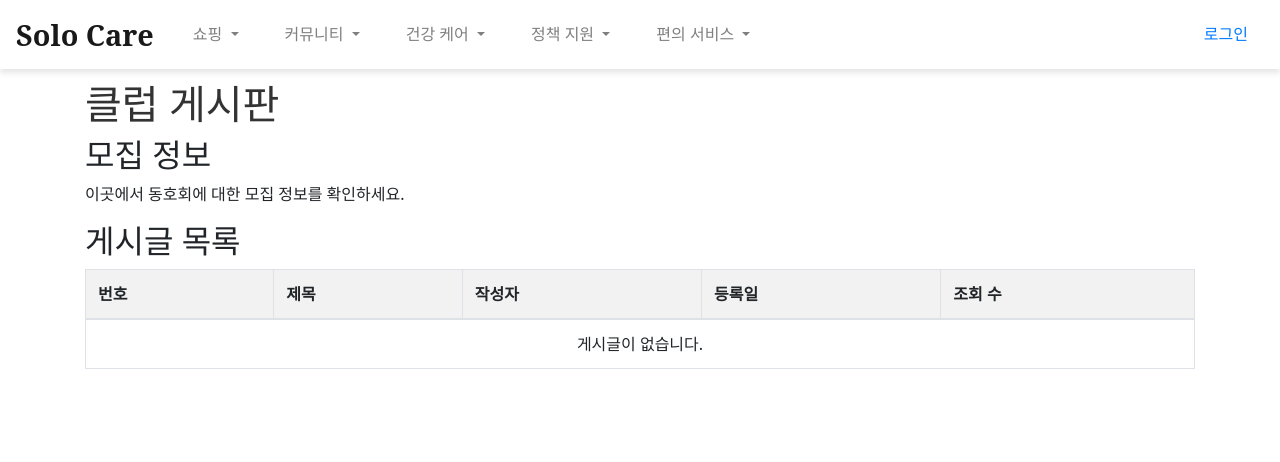
Repository: HB1112/cloud
Page: http://localhost/Solocare/WEB-INF/views/club/clubcommunity.jsp
An editor plug-in stored every save of this project. The page is shown before and after the next save, followed by the edit.
The browser window is 1280 px wide. The pictures show the whole page.
The page is served by Tomcat 9. Nobody is signed in. Other server files are loaded and not shown. The template is opened directly, without the code that normally fills it, so the values that code supplies are empty.

Above is the page before, as saved 2024-12-18 07:43:04.

### Solocare/src/main/webapp/WEB-INF/views/club/clubcommunity.jsp
<%@ page language="java" contentType="text/html; charset=UTF-8"
    pageEncoding="UTF-8"%>
<%@ taglib uri="http://java.sun.com/jsp/jstl/core" prefix="c" %>
<!DOCTYPE html>
<html>
<head>
    <meta charset="UTF-8">
    <title>클럽 게시판</title>
    <link rel="stylesheet" href="https://maxcdn.bootstrapcdn.com/bootstrap/4.5.2/css/bootstrap.min.css">
    <link href="https://fonts.googleapis.com/css2?family=Noto+Sans:wght@400;500;700&family=Noto+Serif:wght@400;700&display=swap" rel="stylesheet">
    <link href="https://cdnjs.cloudflare.com/ajax/libs/font-awesome/5.15.4/css/all.min.css" rel="stylesheet">
    <script src="https://code.jquery.com/jquery-3.5.1.slim.min.js"></script>
    <script src="https://cdn.jsdelivr.net/npm/@popperjs/core@2.9.2/dist/umd/popper.min.js"></script>
    <script src="https://maxcdn.bootstrapcdn.com/bootstrap/4.5.2/js/bootstrap.min.js"></script>
    <style>
        body {
            font-family: 'Noto Sans', sans-serif;
            margin-top: 80px;
        }
        h1 {
            color: #333;
        }
        table {
            width: 100%;
            border-collapse: collapse;
        }
        th, td {
            border: 1px solid #ddd;
            padding: 8px;
            text-align: left;
        }
        th {
            background-color: #f2f2f2;
        }
    </style>
</head>
<body>
    <%@ include file="../menu.jsp"%>
    <div class="container">
        <h1 class="mt-4">클럽 게시판</h1>
        <h2>모집 정보</h2>
        <p>이곳에서 동호회에 대한 모집 정보를 확인하세요.</p>

        <h2>게시글 목록</h2>
        <table class="table table-bordered">
            <thead>
                <tr>
                    <th>번호</th>
                    <th>제목</th>
                    <th>작성자</th>
                    <th>등록일</th>
                    <th>조회 수</th>
                </tr>
            </thead>
            <tbody>
                <!-- 게시글 리스트를 출력 -->
                <c:forEach var="board" items="${clubboards}">
                    <tr>
                        <td>${board.boardnum}</td>
                        <td><a href="detail/${board.boardnum}">${board.subject}</a></td>
                        <td>${board.memberid}</td>
                        <td>${board.regist_date}</td>
                        <td>${board.hit}</td>
                    </tr>
                </c:forEach>
                <c:if test="${empty clubboards}">
                    <tr>
                        <td colspan="5" class="text-center">게시글이 없습니다.</td>
                    </tr>
                </c:if>
            </tbody>
        </table>
    </div>
</body>
</html>

### Solocare/src/main/webapp/WEB-INF/views/menu.jsp
<%@ page contentType="text/html; charset=UTF-8" language="java" %>
   <style>
        body {
            font-family: 'Noto Sans', sans-serif;
        }
        .navbar {
            background-color: white;
            box-shadow: 0 4px 6px rgba(0, 0, 0, 0.1);
        }
        .navbar-brand {
            font-family: 'Noto Serif', serif;
            font-size: 1.8rem;
            font-weight: bold;
            color: #005B96;
            transition: transform 0.3s ease;
        }
        .navbar-brand:hover {
            transform: scale(1.1);
        }
        .navbar-nav .nav-link {
            margin: 0 15px;
            color: #005B96;
            font-weight: 500;
            transition: all 0.3s ease;
        }
        .navbar-nav .nav-link:hover {
            color: #FFD700;
            transform: translateY(-3px);
        }
        .dropdown-menu {
            background: #f8f9fa;
            border: none;
            border-radius: 5px;
            box-shadow: 0 4px 8px rgba(0, 0, 0, 0.1);
        }
        .dropdown-item {
            color: #005B96;
            font-weight: 500;
        }
        .dropdown-item:hover {
            background: #005B96;
            color: white;
        }
        .search {
            display: flex;
            align-items: center;
            margin-left: auto; /* 오른쪽 끝으로 붙이기 */
        }
        .search input {
            border-radius: 30px;
            border: 2px solid #005B96;
            margin-right: 10px; /* 검색창과 버튼 사이 간격 */
        }
        .search button {
            color: white;
            background: #005B96;
            border-radius: 50%;
            border: none;
            padding: 5px 10px;
        }
        .user-links {
        	display : flex;
            margin-left: 20px; /* 로그인/회원가입 간격 */
        }
        .main-content {
            margin-top: 80px; /* 내비게이션 바 높이에 맞춰 여백 추가 */
        }
        .navbar-collapse {
		    display: flex;
		    justify-content: space-between; /* 양쪽 끝으로 배치 */
		    width: 100%; /* 전체 너비 사용 */
		}
    </style>
<link href="https://fonts.googleapis.com/css2?family=Montserrat:wght@400;700&display=swap" rel="stylesheet">
<nav class="navbar navbar-expand-lg navbar-light fixed-top" style="font-family: 'Montserrat', sans-serif;">
    <a class="navbar-brand" href="/Solocare/home">Solo Care</a>
    <button class="navbar-toggler" type="button" data-toggle="collapse" data-target="#navbarNav" aria-controls="navbarNav" aria-expanded="false" aria-label="Toggle navigation">
        <span class="navbar-toggler-icon"></span>
    </button>
    <div class="collapse navbar-collapse" id="navbarNav">
        <ul class="navbar-nav">
            <li class="nav-item dropdown">
                <a class="nav-link dropdown-toggle" href="#" id="shoppingDropdown" role="button" data-toggle="dropdown" aria-haspopup="true" aria-expanded="false">
                    쇼핑
                </a>
                <div class="dropdown-menu" aria-labelledby="shoppingDropdown">
                    <a class="dropdown-item" href="search">1인 가구 맞춤 가전 제품</a>
                    <a class="dropdown-item" href="#">1인 가구 맞춤 식자재</a>
                    <a class="dropdown-item" href="#">보안 제품 추천</a>
                </div>
            </li>
            <li class="nav-item dropdown">
                <a class="nav-link dropdown-toggle" href="#" id="homeCareDropdown" role="button" data-toggle="dropdown" aria-haspopup="true" aria-expanded="false">
                    커뮤니티
                </a>
                <div class="dropdown-menu" aria-labelledby="homeCareDropdown">
                    <a class="dropdown-item" href="board?category=tip&page=1">정보 공유 (집 꾸미기, 생활 팁)</a>
                    <a class="dropdown-item" href="tradeboard">중고거래</a>
                    <a class="dropdown-item" href="club/board">동호회</a>
                </div>
            </li>
            <li class="nav-item dropdown">
                <a class="nav-link dropdown-toggle" href="#" id="safetyHealthDropdown" role="button" data-toggle="dropdown" aria-haspopup="true" aria-expanded="false">
                    건강 케어
                </a>
                <div class="dropdown-menu" aria-labelledby="safetyHealthDropdown">
                    <a class="dropdown-item" href="#">간단한 홈트레이닝 영상 제공</a>
                    <a class="dropdown-item" href="#">건강 데이터 통합 관리</a>
                    <a class="dropdown-item" href="#">집 주변 약국 운영시간, 야간운영? 정보</a>
                </div>
            </li>
            <li class="nav-item dropdown">
                <a class="nav-link dropdown-toggle" href="#" id="policyDropdown" role="button" data-toggle="dropdown" aria-haspopup="true" aria-expanded="false">
                    정책 지원
                </a>
                <div class="dropdown-menu" aria-labelledby="policyDropdown">
                    <a class="dropdown-item" href="#">사회성 증진 프로그램</a>
                    <a class="dropdown-item" href="#">지원 혜택</a>
                    <a class="dropdown-item" href="#">응급 대처 가이드</a>
                </div>
            </li>
            <li class="nav-item dropdown">
                <a class="nav-link dropdown-toggle" href="#" id="serviceDropdown" role="button" data-toggle="dropdown" aria-haspopup="true" aria-expanded="false">
                    편의 서비스
                </a>
                <div class="dropdown-menu" aria-labelledby="serviceDropdown">
                    <a class="dropdown-item" href="#">정기 구독 식품, 청소, 심부름</a>
                    <a class="dropdown-item" href="#">안심 귀가 루트 추천</a>
                </div>
            </li>
        </ul>

        <%
            if (request.getSession().getAttribute("mem") != null) {
        %>
            <div class="user-links">
                <p>${mem.name}님 환영합니다</p>
                <a href="infocheck" class="nav-link">내 정보</a>
                <a href="logout" class="nav-link">로그아웃</a>
                <a href="list" class="nav-link">일정관리</a>
            </div>
        <%
            } else {
        %>
            <div class="user-links">
                <a href="/Solocare/login" class="nav-link">로그인</a>
            </div>
        <%
            }
        %>
    </div>
</nav>

After the next save:
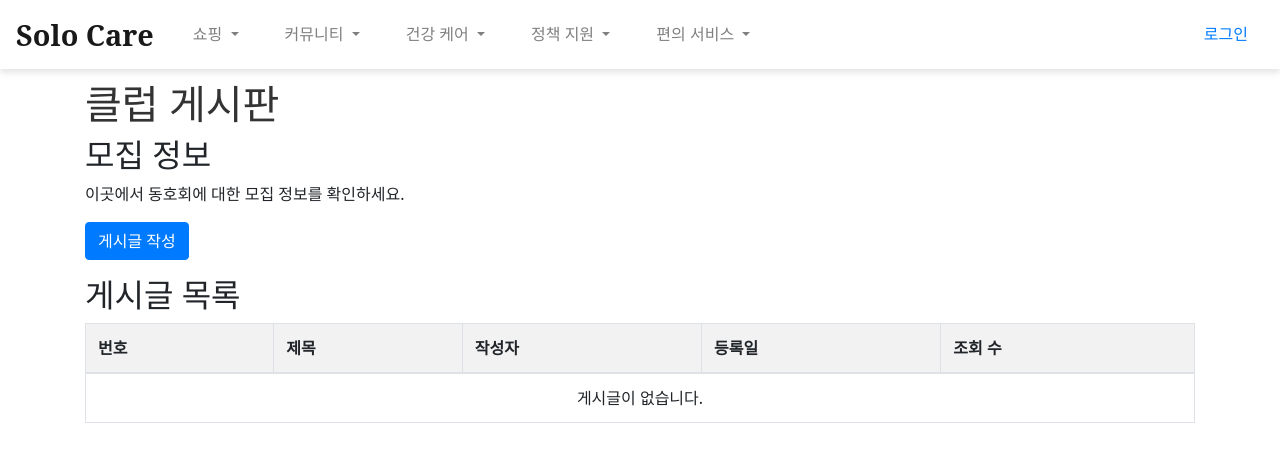
Saved 16 h 59 min later.
--- a/Solocare/src/main/webapp/WEB-INF/views/club/clubcommunity.jsp
+++ b/Solocare/src/main/webapp/WEB-INF/views/club/clubcommunity.jsp
@@ -41,6 +41,11 @@
         <h2>모집 정보</h2>
         <p>이곳에서 동호회에 대한 모집 정보를 확인하세요.</p>
 
+        <!-- 게시글 작성 버튼 추가 -->
+        <div class="mb-3">
+            <a href="write.jsp" class="btn btn-primary">게시글 작성</a>
+        </div>
+
         <h2>게시글 목록</h2>
         <table class="table table-bordered">
             <thead>
